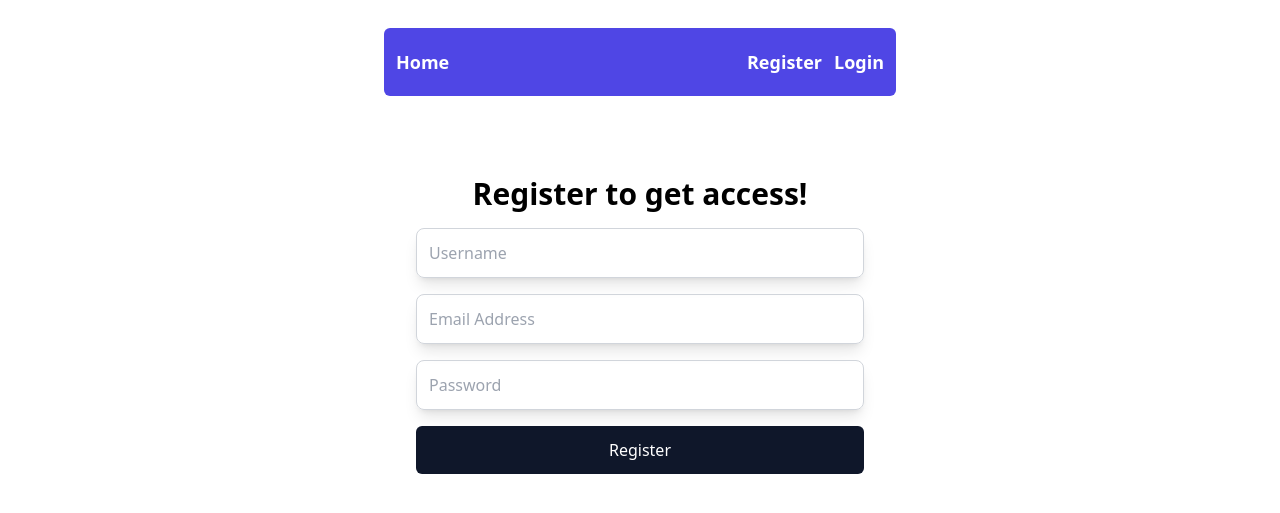
Repository: SolomDev00/TodoApp
Page: /register
These files come from the project's save history. The page is drawn as it stood at one moment and after the next save; the edit follows.
The browser window is 1280 px wide. The pictures show the whole page.
The project was rebuilt for these pictures with package versions that can differ from the ones it lists, and the page was loaded fresh each time. Also part of the build but not shown: vite.config.ts, src/components/auth/ProtectedRoute.tsx, src/pages/PageNotFound.tsx, src/components/errors/ErrorHandler.tsx, src/components/TodoList.tsx, src/pages/index.tsx, src/pages/Login.tsx, src/components/InputErrorMessage.tsx.

Above is the page before, as saved 2023-12-02 12:28:02.

After the next save:
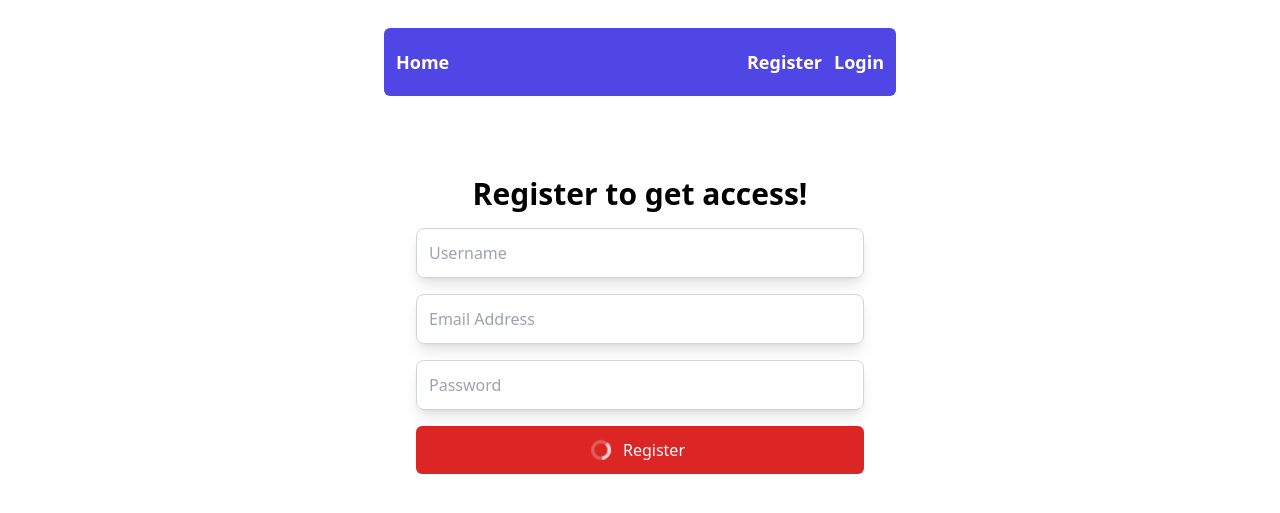
Saved 24 s later.
--- a/src/pages/Register.tsx
+++ b/src/pages/Register.tsx
@@ -67,7 +67,7 @@ const RegisterPage = () => {
       </h2>
       <form className="space-y-4" onSubmit={handleSubmit(onSubmit)}>
         {renderRegisterForm}
-        <Button fullWidth isLoading={false}>
+        <Button fullWidth isLoading={true}>
           {isLoading ? "Loading ..." : "Register"}
         </Button>
       </form>
